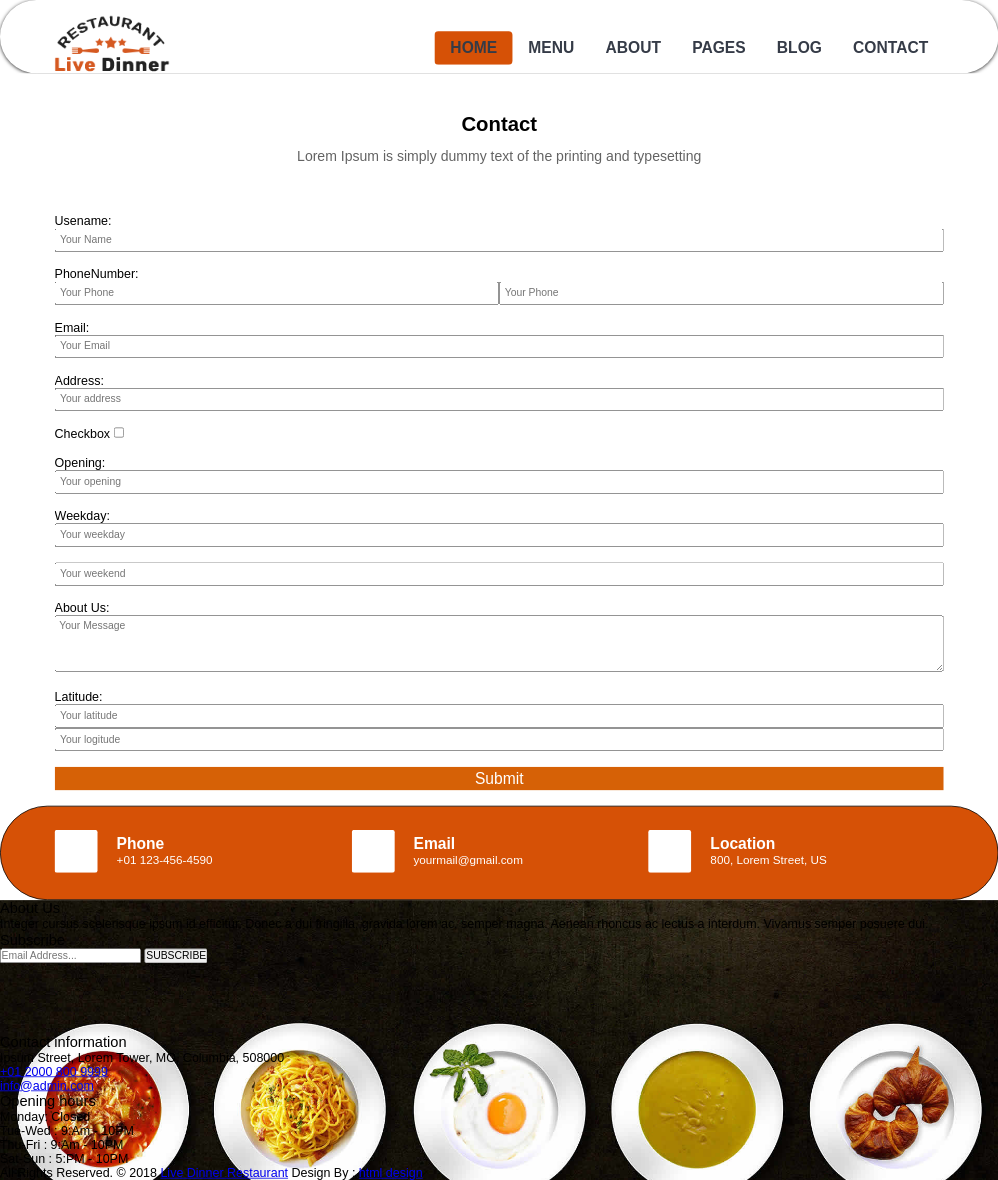
Repository: Hoa7604/kist_Java
Page: http://localhost/jdbc1/contact/list
The author's editor kept a copy of each file at every save. The page is drawn from the files as they stood at one save, then again after the next save.
The browser window is 1280 px wide. The pictures show the whole page, at 78% of full size.
The page is served by Tomcat 9. Other server files are loaded and not shown. Queries for data that is not in the repository find no rows.

Above is the page before, as saved 2020-08-14 09:09:05.

### pho/jdbc1/WebContent/WEB-INF/views/contact.jsp
<%@page import="tp.kits3.livedinner.io.Contact"%>
<%@page import="java.util.List"%>
<%@ page language="java" contentType="text/html; charset=UTF-8"
    pageEncoding="UTF-8"%>

    <%
    	String contextPath = request.getContextPath();
    	//System.out.println(contextPath);
    	List<Contact> list = (List<Contact>)request.getAttribute("ContactList");
    %>
<!DOCTYPE html>
<html lang="en"><!-- Basic -->
<head>
	<meta charset="utf-8">
    <meta http-equiv="X-UA-Compatible" content="IE=edge">

    <!-- Mobile Metas -->
    <meta name="viewport" content="width=device-width, initial-scale=1">

     <!-- Site Metas -->
    <title>Live Dinner Restaurant</title>
    <meta name="keywords" content="">
    <meta name="description" content="">
    <meta name="author" content="">

    <!-- Site Icons -->
    <link rel="shortcut icon" href="<%=contextPath %>/images/favicon.ico" type="image/x-icon">
    <link rel="apple-touch-icon" href=<%=contextPath %>"images/apple-touch-icon.png">

	<!-- Site CSS -->
    <link rel="stylesheet" href="<%=contextPath %>/css/style.css">
    <!-- Custom CSS -->
    <link rel="stylesheet" href="<%=contextPath %>/css/custom.css">

    <!--[if lt IE 9]>
      <script src="https://oss.maxcdn.com/libs/html5shiv/3.7.0/html5shiv.js"></script>
      <script src="https://oss.maxcdn.com/libs/respond.js/1.4.2/respond.min.js"></script>
    <![endif]-->

</head>

<body>
	<!-- Start header -->
	<header>
		<nav>
			<div class="container">
				<a href="index.html">
					<img src=" <%=contextPath %>/images/logo.png" alt="" />
				</a>
				<button type="button" data-toggle="collapse" data-target="#navbars-rs-food" aria-controls="navbars-rs-food" aria-expanded="false" aria-label="Toggle navigation">
				  <span>Search</span>
				</button>
				<div id="navbars-rs-food">
					<ul>
						<li><a class="active" href="<%=contextPath %>/menu/list">Home</a></li>
						<li><a href="#">Menu</a></li>
						<li><a href="#">About</a></li>
						<li >
							<a href="#" id="dropdown-a" onclick="show('subPage')" data-toggle="dropdown">Pages</a><br>
							<div id="subPage" class="drop-menu" aria-labelledby="dropdown-a">
								<a href="reservation.html">Reservation</a>
								<a href="stuff.html">Stuff</a>
								<a href="gallery.html">Gallery</a>
							</div>
						</li>
						<li>
							<a href="#" id="dropdown-a" onclick="show('subBlog')" data-toggle="dropdown">Blog</a>
							<div id = "subBlog" class="drop-menu" aria-labelledby="dropdown-a">
								<a href="blog.html">blog</a>
								<a href="blog-details.html">Blog Single</a>
							</div>
						</li>
						<li><a href="#">Contact</a></li>
					</ul>
				</div>
			</div>
		</nav>
	</header>
	<!-- End header -->


	<!-- Start Contact -->
	<div class="contact-box-start">
		<div class="container">
			<div class="row">
				<div class="title-box">
					<div class="wrap-title">
						<h2>Contact</h2>
						<p>Lorem Ipsum is simply dummy text of the printing and typesetting</p>
					</div>
				</div>
			</div>
			<div class="row">
				<div class="wrap-form">
					<form id="contactForm">
						<div class="wrap-sub-form">
							<div class="wrap wrap-user">
								<div class=" box user-box">
									Usename:
									<input type="text" id="name" name="name" placeholder="Your Name" required data-error="Please enter your name">
									<div ></div>
								</div>
							</div>
							<div class="wrap  wrap-phone">
								PhoneNumber:
								<div class="box phone-box">
									<input type="phone" id="priphone" name="priphone" placeholder="Your Phone" required data-error="Please enter your priphone">
									<input type="phone" id="subphone" name="subphone" placeholder="Your Phone" data-error="Please enter your subphone">
								</div>
							</div>
							<div class="wrap  wrap-mail">
								<div class="box email-box">
									Email:
									<input type="text" placeholder="Your Email" id="email" name="name" required data-error="Please enter your email">
									<div ></div>
								</div>
							</div>
							<div class="wrap  wrap-address">
								<div class="box address-box">
									Address:
									<input type="text" placeholder="Your address" id="address" name="address" required data-error="Please enter your email">
									<div ></div>
								</div>
							</div>
							<div class="wrap  wrap-check">
								<div class="box check-box">
									Checkbox
									<input type="checkbox" id="unused" name="unused"  data-error="Please enter your check">
									<div ></div>
								</div>
							</div>
							<div class="wrap  wrap-opening">
								<div class="box opening-box">
									Opening:
									<input type="text" placeholder="Your opening" id="opening" name="opening" required data-error="Please enter your opening">
									<div ></div>
								</div>
							</div>
							<div class="wrap  wrap-weekday">
								<div class="box weekday-box">
									Weekday:
									<input type="text" placeholder="Your weekday" id="weekday" name="weekday" required data-error="Please enter your weekday">
									<div ></div>
								</div>
							</div>
							<div class="wrap wrap-weekend">
								<div class="box weekend-box">
									<input type="text" placeholder="Your weekend" id="weekend" name="weekend" required data-error="Please enter your weekend">
									<div ></div>
								</div>
							</div>
							<div class="wrap  wrap-aboutus" >
								<div class="box aboutus-box">
									About Us:
									<textarea id="aboutus" placeholder="Your Message" rows="4" data-error="Write your message" required></textarea>
									<div ></div>
								</div>
							</div>
							<div class="wrap  wrap-latitude">
								<div class="box latitude-box">
									Latitude:
									<input type="text" placeholder="Your latitude" id="latitude" name="latitude" required data-error="Please enter your latitude">
									<input type="text" placeholder="Your logitude" id="logitude" name="logitude" required data-error="Please enter your logitude">
									<div ></div>
								</div>
							</div>
							<div class="wrap  wrap-submit">
								<div class="box submit-box">
									<input type="submit" name="submit" value="Submit">
								</div>
							</div>

						</div>
					</form>
				</div>
			</div>
		</div>
	</div>
	<!-- End Contact -->

	<!-- Start Contact info -->
	<div class="contact-box">
		<div class="container">
			<div class="row" >
				<div class="wrap-item">
					<i class="mof-fa fa fa-volume-control-phone" aria-hidden="true"></i>
					<div class=" wrap-common wrap-phone ">
						<h4>Phone</h4>
						<p>
							+01 123-456-4590
						</p>
					</div>
					<i class="mof-arrow fa fa-angle-double-right" aria-hidden="true"></i>
				</div>
				<div class="wrap-item">
					<i class="mof-fa fa fa-envelope" aria-hidden="true"></i>
					<div class=" wrap-common wrap-email">
						<h4>Email</h4>
						<p>
							yourmail@gmail.com
						</p>
					</div>
					<i class="mof-arrow fa fa-angle-double-right" aria-hidden="true"></i>
				</div>
				<div class="wrap-item">
					<i class="mof-fa fa fa-map-marker" aria-hidden="true"></i>
					<div class=" wrap-common wrap-location">
						<h4>Location</h4>
						<p>
							800, Lorem Street, US
						</p>
					</div>

				</div>
			</div>
		</div>
	</div>
	<!-- End Contact info -->

	<!-- Start Footer -->
	<footer>
		<div >
			<div >
				<div>
					<h3>About Us</h3>
					<p>Integer cursus scelerisque ipsum id efficitur. Donec a dui fringilla, gravida lorem ac, semper magna. Aenean rhoncus ac lectus a interdum. Vivamus semper posuere dui.</p>
				</div>
				<div>
					<h3>Subscribe</h3>
					<div>
						<form>
							<input name="EMAIL" id="subs-email" placeholder="Email Address..." type="email">
							<button type="submit" >SUBSCRIBE</button>
							<div ></div>
						</form>
					</div>
					<ul>
						<li><a href="#"><i aria-hidden="true"></i></a></li>
						<li><a href="#"><i aria-hidden="true"></i></a></li>
						<li><a href="#"><i aria-hidden="true"></i></a></li>
						<li><a href="#"><i aria-hidden="true"></i></a></li>
						<li><a href="#"><i aria-hidden="true"></i></a></li>
					</ul>
				</div>
				<div>
					<h3>Contact information</h3>
					<p>Ipsum Street, Lorem Tower, MO, Columbia, 508000</p>
					<p><a href="#">+01 2000 800 9999</a></p>
					<p><a href="#"> info@admin.com</a></p>
				</div>
				<div>
					<h3>Opening hours</h3>
					<p><span>Monday: </span>Closed</p>
					<p><span>Tue-Wed :</span> 9:Am - 10PM</p>
					<p><span>Thu-Fri :</span> 9:Am - 10PM</p>
					<p><span>Sat-Sun :</span> 5:PM - 10PM</p>
				</div>
			</div>
		</div>

		<div>
			<div >
				<div >
					<div>
						<p>All Rights Reserved. &copy; 2018 <a href="#">Live Dinner Restaurant</a> Design By :
					<a href="#">html design</a></p>
					</div>
				</div>
			</div>
		</div>

	</footer>
	<!-- End Footer -->

	<a href="#" id="back-to-top" title="Back to top" style="display: none;"><i aria-hidden="true"></i></a>

	<!-- ALL JS FILES -->
    <!-- ALL PLUGINS -->
    <script src="js/custom.js"></script>
</body>
</html>

### pho/jdbc1/src/tp/kits3/servlet/contactServlet.java
package tp.kits3.servlet;

import java.io.IOException;
import java.sql.Connection;
import java.sql.DriverManager;
import java.sql.ResultSet;
import java.sql.SQLException;
import java.sql.Statement;
import java.util.ArrayList;
import java.util.List;

import javax.servlet.RequestDispatcher;
import javax.servlet.ServletException;
import javax.servlet.annotation.WebServlet;
import javax.servlet.http.HttpServlet;
import javax.servlet.http.HttpServletRequest;
import javax.servlet.http.HttpServletResponse;
import javax.sql.DataSource;

import td.kits3.livedinner.dao.ContactDAO;
import tp.kits3.livedinner.io.Category;
import tp.kits3.livedinner.io.Contact;

/**
 * Servlet implementation class contactServlet
 */
@WebServlet("/contact/list")
public class contactServlet extends HttpServlet {
	private static final long serialVersionUID = 1L;
    /**
     * @see HttpServlet#HttpServlet()
     */
    public contactServlet() {
        super();
        // TODO Auto-generated constructor stub
    }

	/**
	 * @see HttpServlet#doGet(HttpServletRequest request, HttpServletResponse response)
	 */
	protected void doGet(HttpServletRequest request, HttpServletResponse response) throws ServletException, IOException {
		// TODO Auto-generated method stub
		ContactDAO contactdao = new ContactDAO();
		Contact contact = new Contact();
		List<Contact> list = new ArrayList<Contact>();
		list = contactdao.findAll();
		System.out.println(list);
		if (list.size() == 0) {
			System.out.println("List none");
		}
		String divList = "<div class'ctgList'>";
		for(Contact ct : list) {
			divList += "<p><a href='update?coid="+ ct.getCoid()+ "'>" + ct.toString() + "</a></p>";

		}
		divList += "<p><a href='add'>/contact/add</p></a>";
		divList += "</div>";

		response.setContentType("text/html; charset = UTF-8");
		response.getWriter().append(divList);

		//*************************************//
		request.setAttribute("ContactList", list);

		String profix = "/WEB-INF/views/";
		String subfix = ".jsp";
		RequestDispatcher dispatcher = request.getRequestDispatcher(profix + "contact" +subfix);
		dispatcher.forward(request, response);
	}

	/**
	 * @see HttpServlet#doPost(HttpServletRequest request, HttpServletResponse response)
	 */
	protected void doPost(HttpServletRequest request, HttpServletResponse response) throws ServletException, IOException {
		// TODO Auto-generated method stub
		doGet(request, response);
	}

	@Override
	public String toString() {
		// TODO Auto-generated method stub
		return super.toString();
	}
}

### pho/jdbc1/src/td/kits3/livedinner/dao/ContactDAO.java
package td.kits3.livedinner.dao;

import java.sql.Connection;
import java.sql.PreparedStatement;
import java.sql.ResultSet;
import java.util.ArrayList;
import java.util.List;

import javax.naming.Context;
import javax.naming.InitialContext;
import javax.sql.DataSource;

import tp.kits3.livedinner.io.Contact;

public class ContactDAO {
	DataSource datasource;
	public ContactDAO() {
		try {
			Context ctx = new InitialContext();
			//get info to tomcat
			Context envCtx = (Context) ctx.lookup("java:/comp/env");
			//get info to context.xml
			this.datasource = (DataSource) envCtx.lookup("jdbc/mariadb");
		} catch (Exception e) {
			// TODO: handle exception
			e.printStackTrace();
		}
	}
	public void save(Contact contact) {
		// TODO Auto-generated method stub
		System.out.println(contact.toString());
		Connection conn = null;
		PreparedStatement pstmt = null;
		ResultSet rs = null;
		try {
			conn = this.datasource.getConnection();
			String insert = "insert into contact (coname, priphone, subphone, email, address, unused, opening, weekday, weekend, aboutus, latitude, logitude) values(?,?,?,?,?,?,?,?,?,?,?,?)";
			pstmt = conn.prepareStatement(insert);
			pstmt.setString(1, contact.getConame());
			pstmt.setString(2, contact.getPriphone());
			pstmt.setString(3,  contact.getSubphone());
			pstmt.setString(4,  contact.getEmail());
			pstmt.setString(5, contact.getAddress());
			pstmt.setBoolean(6, contact.getUnused());
			pstmt.setString(7, contact.getOpening());
			pstmt.setString(8, contact.getWeekday());
			pstmt.setString(9, contact.getWeekend());
			pstmt.setString(10, contact.getAboutus());
			pstmt.setDouble(11, contact.getLatitude());
			pstmt.setDouble(12, contact.getLogitude());
			pstmt.executeUpdate();
		} catch (Exception e) {
			// TODO: handle exception
			e.printStackTrace();
		}
	}

	public Contact findOne(int coid) {
		Connection conn = null;
		PreparedStatement pstmt = null;
		ResultSet rs = null;
		Contact contact = new Contact();
		System.out.println(coid);
		try {
			conn = this.datasource.getConnection();
			String find = "select * from contact where coid = ?";
			pstmt = conn.prepareStatement(find);
			pstmt.setInt(1, coid);
			rs = pstmt.executeQuery();
			if(rs.next()) {
				 contact = new Contact();
				contact.setCoid(rs.getInt("coid"));
				contact.setConame(rs.getString("coname"));
				contact.setPriphone(rs.getString("priphone"));
				contact.setSubphone(rs.getString("subphone"));
				contact.setEmail(rs.getString("email"));
				contact.setAddress(rs.getString("address"));
				contact.setUnused(rs.getBoolean("unused"));
				contact.setOpening(rs.getString("opening"));
				contact.setWeekday(rs.getString("weekday"));
				contact.setWeekend(rs.getString("weekend"));
				contact.setAboutus(rs.getString("aboutus"));
				contact.setLatitude(rs.getDouble("latitude"));
				contact.setLogitude(rs.getDouble("logitude"));
			}
		} catch (Exception e) {
			// TODO: handle exception
		}
		// TODO Auto-generated method stub
		return contact;
	}

	public void update(Contact contact) {
		Connection conn = null;
		PreparedStatement pstmt = null;
		ResultSet rs = null;
		try {
			conn = this.datasource.getConnection();
			String update = "update contact set coname = ?, priphone=?, subphone=?, email=?, address=?, unused=?, opening=?, weekday=?, weekend=?, aboutus=?, latitude=?, logitude=? where coid = ?";
			pstmt = conn.prepareStatement(update);
			pstmt.setString(1, contact.getConame());
			pstmt.setString(2, contact.getPriphone());
			pstmt.setString(3,  contact.getSubphone());
			pstmt.setString(4,  contact.getEmail());
			pstmt.setString(5, contact.getAddress());
			pstmt.setBoolean(6, contact.getUnused());
			pstmt.setString(7, contact.getOpening());
			pstmt.setString(8, contact.getWeekday());
			pstmt.setString(9, contact.getWeekend());
			pstmt.setString(10, contact.getAboutus());
			pstmt.setDouble(11, contact.getLatitude());
			pstmt.setDouble(12, contact.getLogitude());
			pstmt.setInt(13, contact.getCoid());
			rs = pstmt.executeQuery();
			if (rs.next()) {
				contact.setConame(rs.getString("coname"));
				contact.setPriphone(rs.getString("priphone"));
				contact.setSubphone(rs.getString("subphone"));
				contact.setEmail(rs.getString("email"));
				contact.setAddress(rs.getString("address"));
				contact.setUnused(rs.getBoolean("unused"));
				contact.setOpening(rs.getString("opening"));
				contact.setWeekday(rs.getString("weekday"));
				contact.setWeekend(rs.getString("weekend"));
				contact.setAboutus(rs.getString("aboutus"));
				contact.setLatitude(rs.getDouble("latitude"));
				contact.setLogitude(rs.getDouble("logitude"));
				contact.setCoid(rs.getInt("coid"));
			}
		} catch (Exception e) {
			// TODO: handle exception
		}
		// TODO Auto-generated method stub

	}
	public List<Contact> findAll() {
		Connection conn = null;
		PreparedStatement pstmt = null;
		ResultSet rs = null;
		Contact contact = new Contact();
		List<Contact> list = new ArrayList<Contact>();
		try {
			conn = this.datasource.getConnection();
			String find = "select * from contact";
			pstmt = conn.prepareStatement(find);
			rs = pstmt.executeQuery();
			while(rs.next()) {
				contact = new Contact();
				contact.setCoid(rs.getInt("coid"));
				contact.setConame(rs.getString("coname"));
				contact.setPriphone(rs.getString("priphone"));
				contact.setSubphone(rs.getString("subphone"));
				contact.setEmail(rs.getString("email"));
				contact.setAddress(rs.getString("address"));
				contact.setUnused(rs.getBoolean("unused"));
				contact.setOpening(rs.getString("opening"));
				contact.setWeekday(rs.getString("weekday"));
				contact.setWeekend(rs.getString("weekend"));
				contact.setAboutus(rs.getString("aboutus"));
				contact.setLatitude(rs.getDouble("latitude"));
				contact.setLogitude(rs.getDouble("logitude"));
				list.add(contact);
			}
		} catch (Exception e) {
			// TODO: handle exception

			try {
				rs.close();
				pstmt.close();
				conn.close();
			} catch (Exception e2) {
				// TODO: handle exception
				e.printStackTrace();
			}
		}
		// TODO Auto-generated method stub
		return list;
	}
}

### pho/jdbc1/src/tp/kits3/livedinner/io/Contact.java
package tp.kits3.livedinner.io;
public class Contact {

    private Integer coid;

    private String coname;

    private String priphone;

    private String subphone;

    private String email;

    private String address;

    private Boolean unused;

    private String opening;

    private String weekday;

    private String weekend;

    private String aboutus;

    private Double latitude;

    private Double logitude;

    public Integer getCoid() {
        return coid;
    }

    public void setCoid(Integer coid) {
        this.coid = coid;
    }

    public String getConame() {
        return coname;
    }

    public void setConame(String coname) {
        this.coname = coname;
    }

    public String getPriphone() {
        return priphone;
    }

    public void setPriphone(String priphone) {
        this.priphone = priphone;
    }

    public String getSubphone() {
        return subphone;
    }

    public void setSubphone(String subphone) {
        this.subphone = subphone;
    }

    public String getEmail() {
        return email;
    }

    public void setEmail(String email) {
        this.email = email;
    }

    public String getAddress() {
        return address;
    }

    public void setAddress(String address) {
        this.address = address;
    }

    public Boolean getUnused() {
        return unused;
    }

    public void setUnused(Boolean unused) {
        this.unused = unused;
    }

    public String getOpening() {
        return opening;
    }

    public void setOpening(String opening) {
        this.opening = opening;
    }

    public String getWeekday() {
        return weekday;
    }

    public void setWeekday(String weekday) {
        this.weekday = weekday;
    }

    public String getWeekend() {
        return weekend;
    }

    public void setWeekend(String weekend) {
        this.weekend = weekend;
    }

    public String getAboutus() {
        return aboutus;
    }

    public void setAboutus(String aboutus) {
        this.aboutus = aboutus;
    }

    public Double getLatitude() {
        return latitude;
    }

    public void setLatitude(Double latitude) {
        this.latitude = latitude;
    }

    public Double getLogitude() {
        return logitude;
    }

    public void setLogitude(Double logitude) {
        this.logitude = logitude;
    }

    // Contact 모델 복사
    public void CopyData(Contact param)
    {
        this.coid = param.getCoid();
        this.coname = param.getConame();
        this.priphone = param.getPriphone();
        this.subphone = param.getSubphone();
        this.email = param.getEmail();
        this.address = param.getAddress();
        this.unused = param.getUnused();
        this.opening = param.getOpening();
        this.weekday = param.getWeekday();
        this.weekend = param.getWeekend();
        this.aboutus = param.getAboutus();
        this.latitude = param.getLatitude();
        this.logitude = param.getLogitude();
    }

	@Override
	public String toString() {
		return "Contact [coid=" + coid + ", coname=" + coname + ", priphone=" + priphone + ", subphone=" + subphone
				+ ", email=" + email + ", address=" + address + ", unused=" + unused + ", opening=" + opening
				+ ", weekday=" + weekday + ", weekend=" + weekend + ", aboutus=" + aboutus + ", latitude=" + latitude
				+ ", logitude=" + logitude + "]";
	}
}

### pho/jdbc1/WebContent/css/custom.css
*{margin: 0; padding: 0; font-family: 'Rubik', sans-serif; font-weight: 500;}

.font-style1 {font-weight: 100;}
.font-style2 {font-weight: 300;}
.font-style3 {font-weight: 400;}
.font-style4 {font-weight: 500;}
.font-style5 {font-weight: 700;}
.font-style6 {font-weight: 900;}

.container {
    max-width: 1140px;
    margin: 0 auto;
    position: relative;
    overflow: hidden;
}

/* CONTACT */
.all-pages {
    background-image: url(../images/all-bg.jpg);
    background-repeat: no-repeat;
    background-position: center center;
    background-size: cover;
    height: 50vh;
    background-attachment: fixed;
}
.all-pages .container {}
.all-pages .container .row {
    width: 100%;
}
.all-pages .container .row .wrap {
    text-align: center;
    display: inline-block;
    line-height: 50vh;
    width: 100%;
}
.all-pages .container .row .wrap h1{
    color: #fff;
    font-size: 40px;
    font-weight: bold;
}

.contact-box-start{
    background-color: #ffffff;
    border: none;
    padding-top: 50px;
}
.contact-box .container {}
.contact-box .container .row {}

.contact-box .container .row .title-box {}
.contact-box .container .row .title-box .wrap-title {}
.contact-box .container .row .title-box .wrap-title h2{}
.contact-box .container .row .title-box .wrap-title p{}

.row .wrap-form {width: 100%;}

#contactForm {width:100%;}
#contactForm .wrap-sub-form {}
#contactForm .wrap-sub-form input[type="text"]{
    width: 100%;
    height: 30px;
    box-sizing: border-box;
    padding: 5px;
}

#contactForm .wrap-sub-form input[type="phone"]{
    width: 50%;
    height: 30px;
    box-sizing: border-box;
    float: left;
    padding: 5px;
}

#contactForm .wrap-sub-form textarea{
    width: 100%;
    box-sizing: border-box;
    padding: 5px;
}

#contactForm .wrap-sub-form input[type="submit"]{
    width: 100%;
    height: 30px;
    line-height: 30px;
    background-color: #d66106;
    box-sizing: border-box;
    border: none;
    color: #ffffff;
    font-size: 20px;

}

#contactForm .wrap-sub-form .wrap {}
#contactForm .wrap-sub-form .wrap .box {padding-bottom: 20px; overflow: hidden;}

/* END CONTACT */

Loaded but not shown: pho/jdbc1/WebContent/css/style.css (686 lines, source omitted)

After the next save:
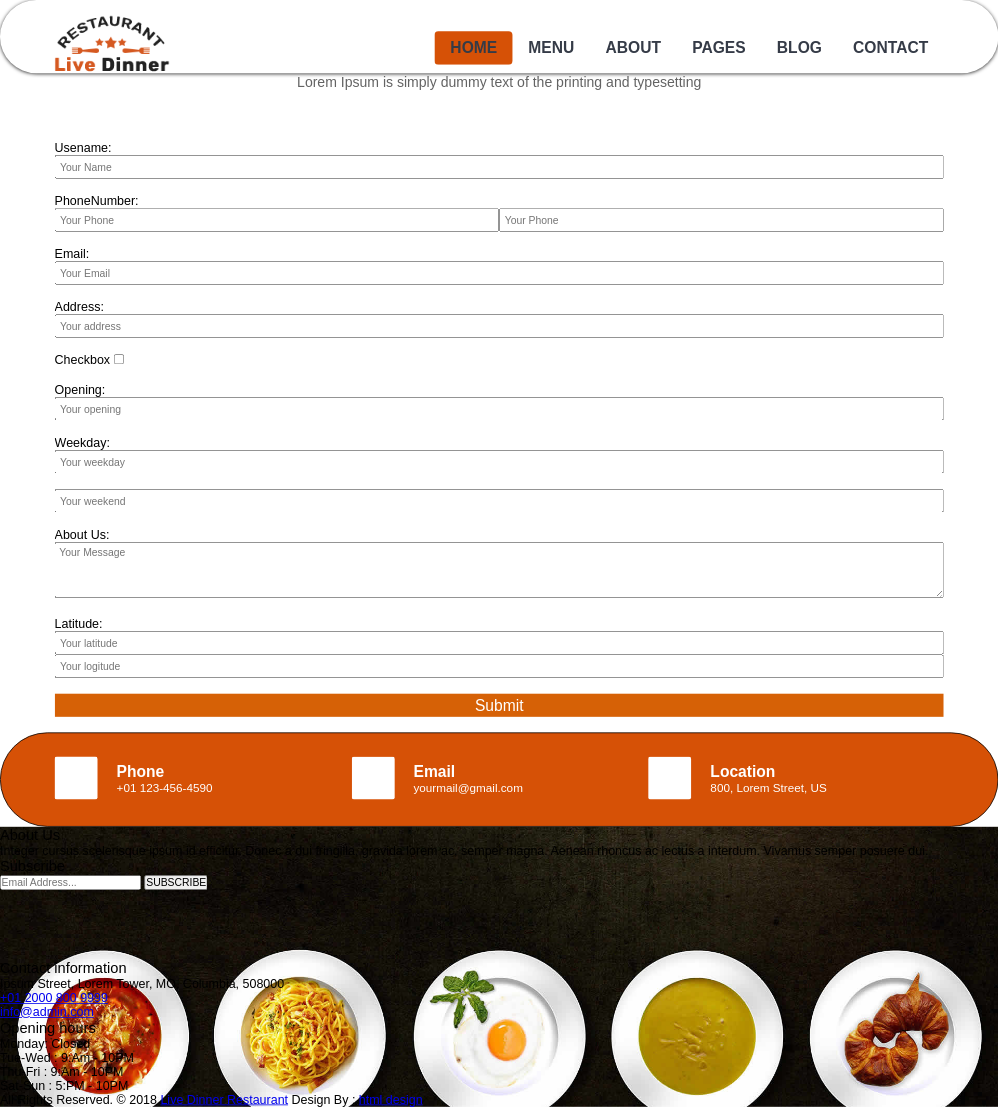
Saved 26 s later.
--- a/pho/jdbc1/WebContent/WEB-INF/views/contact.jsp
+++ b/pho/jdbc1/WebContent/WEB-INF/views/contact.jsp
@@ -41,7 +41,7 @@
 
 <body>
 	<!-- Start header -->
-	<header>
+	<header style = "position: fixed;">
 		<nav>
 			<div class="container">
 				<a href="index.html">
